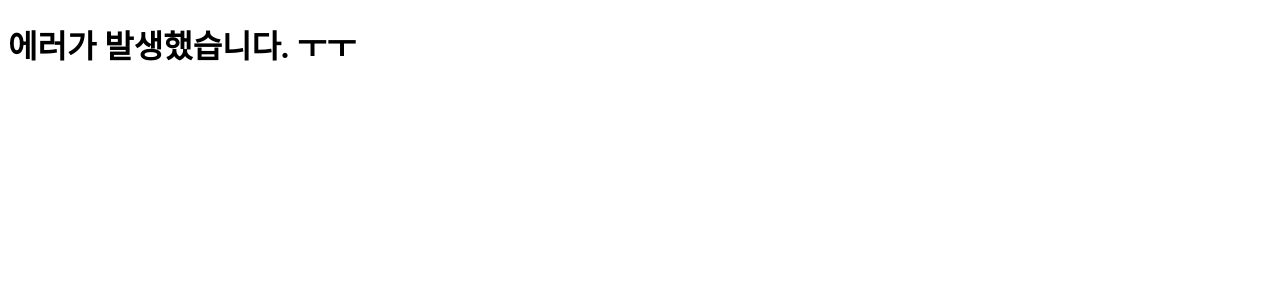
Repository: ifpi98/java_e
Page: http://localhost/jspproject/test2.jsp
The author's editor kept a copy of each file at every save. The page is drawn from the files as they stood at one save, then again after the next save.
The browser window is 1280 px wide. The pictures show the whole page.
The page is served by Tomcat 9.

Above is the page before, as saved 2023-07-06 03:40:05.

### jspproject/src/main/webapp/test2.jsp
<%@ page language="java" contentType="text/html; charset=EUC-KR"
    pageEncoding="EUC-KR"%>
<%@ page info="Date 클래스를 이용한 날짜 출력하기" %>
<%@ page errorPage="error.jsp" %>

<!DOCTYPE html>
<html>
<head>
<meta charset="EUC-KR">
<title>Insert title here</title>
</head>
<body>

<%String str = null;
out.println(str.toString());%>

</body>
</html>

### jspproject/src/main/webapp/error.jsp
<%@ page language="java" contentType="text/html; charset=EUC-KR"
    pageEncoding="EUC-KR"%>
<!DOCTYPE html>
<html>
<head>
<meta charset="EUC-KR">
<title>Insert title here</title>
</head>
<body>

<h1> 에러가 발생했습니다. ㅜㅜ</h1>

</body>
</html>

### jspproject/src/main/webapp/header.jsp
<%@ page language="java" contentType="text/html; charset=EUC-KR"
    pageEncoding="EUC-KR"%>
<!DOCTYPE html>
<html>
<head>
<meta charset="EUC-KR">
<title>Insert title here</title>
</head>
<body>

<h1> 에러가 발생했습니다. ㅜㅜ</h1>

</body>
</html>

### jspproject/src/main/webapp/footer.jsp
<%@ page language="java" contentType="text/html; charset=EUC-KR"
    pageEncoding="EUC-KR"%>
<!DOCTYPE html>
<html>
<head>
<meta charset="EUC-KR">
<title>Insert title here</title>
</head>
<body>

<h1> 에러가 발생했습니다. ㅜㅜ</h1>

</body>
</html>

After the next save:
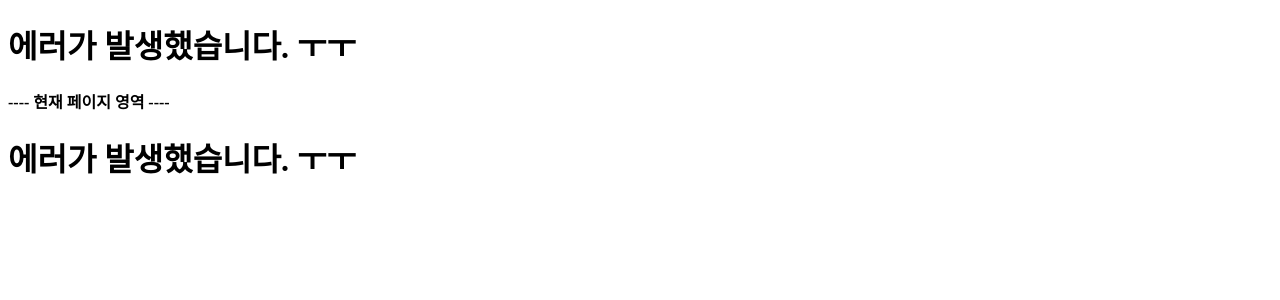
Saved 3 min 5 s later.
--- a/jspproject/src/main/webapp/test2.jsp
+++ b/jspproject/src/main/webapp/test2.jsp
@@ -11,8 +11,12 @@
 </head>
 <body>
 
-<%String str = null;
-out.println(str.toString());%>
+<%-- <%String str = null;
+out.println(str.toString());%> --%>
+
+<%@ include file="header.jsp" %>
+<h4> ---- 현재 페이지 영역 ---- </h4>
+<%@ include file="footer.jsp" %>
 
 </body>
 </html>
